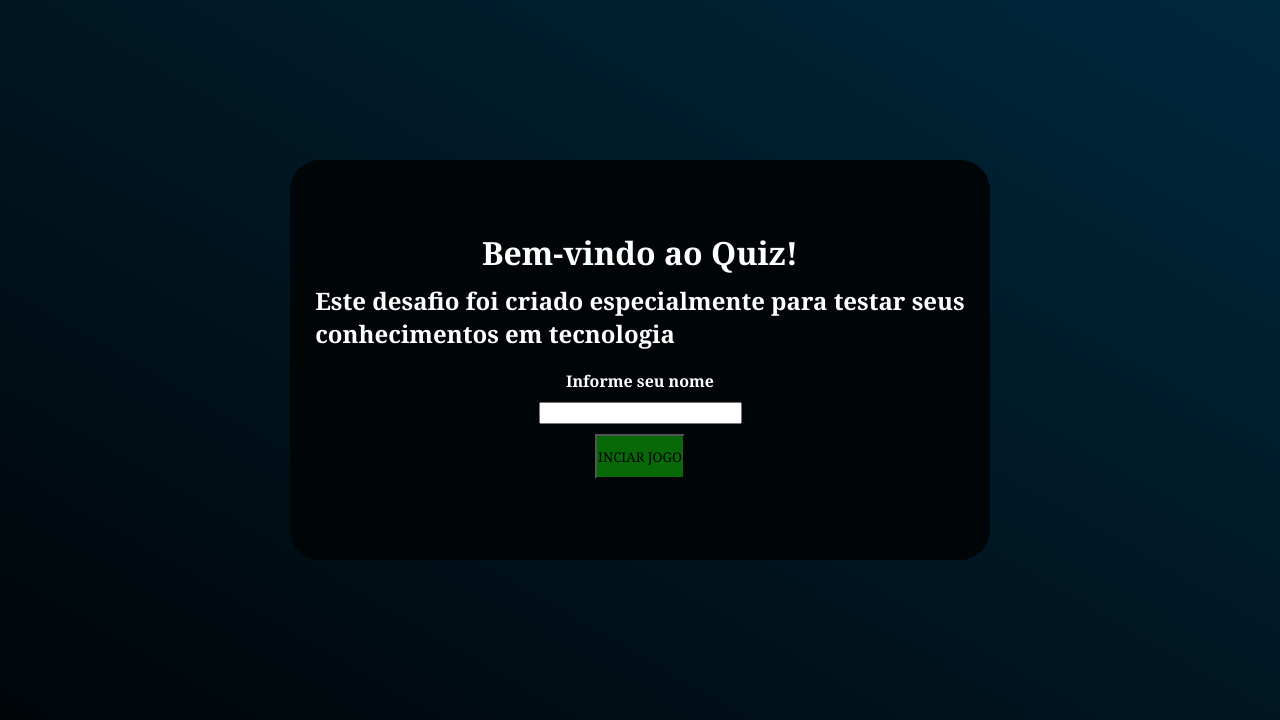
Repository: LaisSilvaO/Projeto-Quizz
Page: telas/apresentação.html
An editor plug-in stored every save of this project. The page is shown before and after the next save, followed by the edit.
The browser window is 1280 px wide. The pictures show the whole page.

Above is the page before, as saved 2024-12-25 21:44:40.

After the next save:
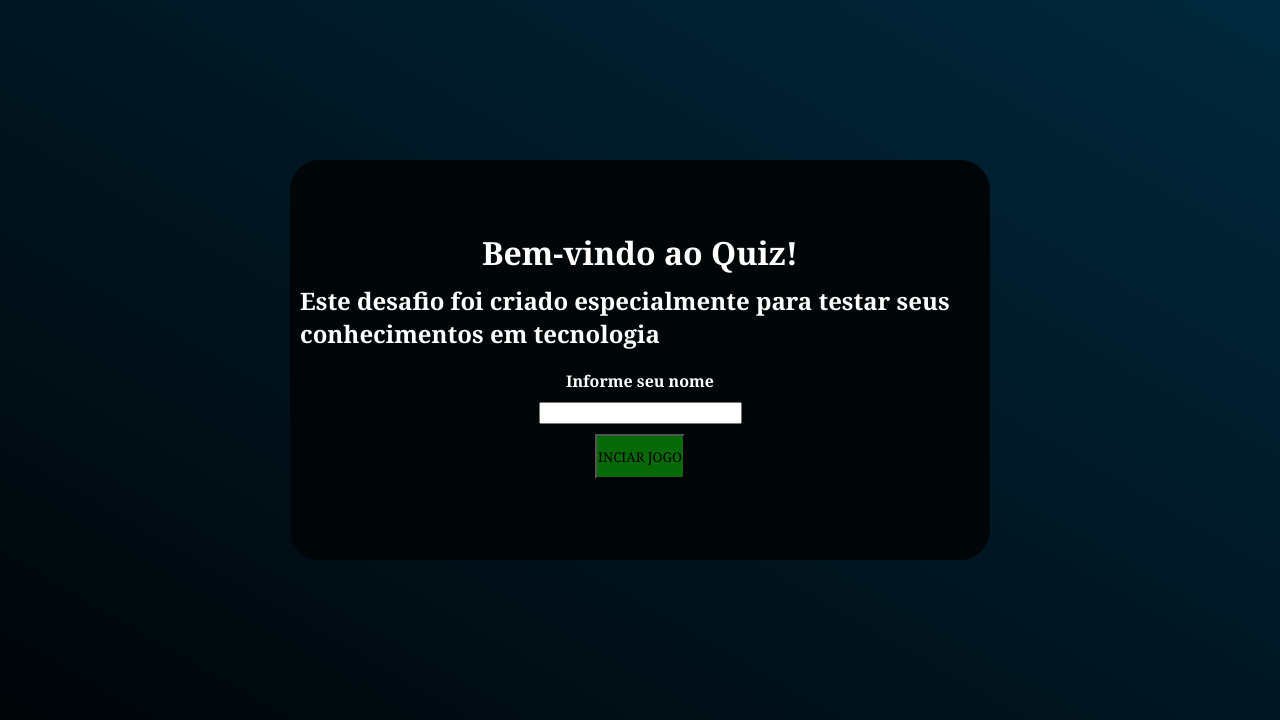
Saved 23 s later.
--- a/telas/apresentação.html
+++ b/telas/apresentação.html
@@ -14,7 +14,7 @@
 
             <h1> Bem-vindo ao Quiz!</h1>
 
-            <h2>Este desafio foi criado especialmente para testar seus <br>conhecimentos em tecnologia</h2>
+            <h2>Este desafio foi criado especialmente para testar seus conhecimentos em tecnologia</h2>
             </h2>
             <h4>Informe seu nome </h4>
             <input type="text" id="nome">
